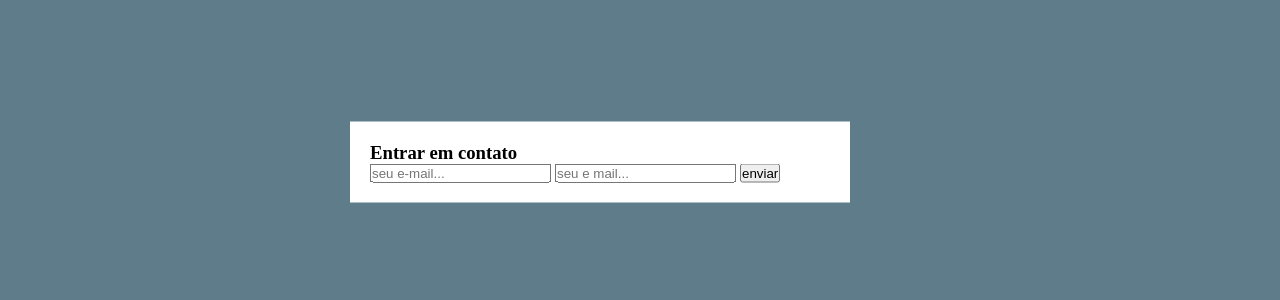
Repository: josceno/Sistema-para-controle-de-experimenta-o-animal
Page: index.html
An editor plug-in stored every save of this project. The page is shown before and after the next save, followed by the edit.
The browser window is 1280 px wide. The pictures show the whole page.

Above is the page before, as saved 2021-09-13 15:22:11.

### index.html
<html>
    <head>
        <title>Form Contato</title>

    </head>
    <style>
        *{margin:0; padding:0;box-sizing: border-box;}
        body
        {
            background-color: #5f7C8A;
        }
        form
        {
            background-color: white;
            max-width: 500px;
            width: 70%;
            padding:20px;
            position:absolute;
            left: "50%";
            top: "50%";

            transform: translate(70%,150%);
        }
    </style>

    <body>

        <form>
            <h3>Entrar em contato</h3>
            <input type="text" name ="email" placeholder= "seu e-mail..."/>
            <input type = "text" name = "email" placeholder=  "seu e mail..."/>
            <input type =  "submit"name = "acao" value = "enviar"/>
        </form>
    </body>
</html>

After the next save:
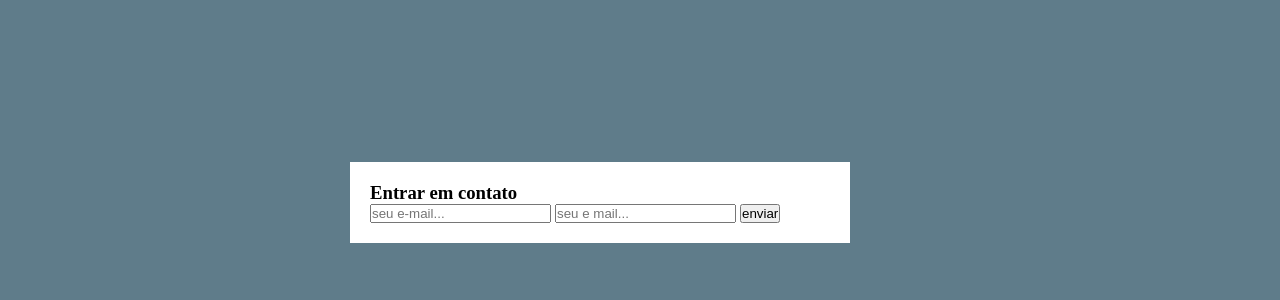
Saved 14 s later.
--- a/index.html
+++ b/index.html
@@ -19,7 +19,7 @@
             left: "50%";
             top: "50%";
 
-            transform: translate(70%,150%);
+            transform: translate(70%,200%);
         }
     </style>
 
